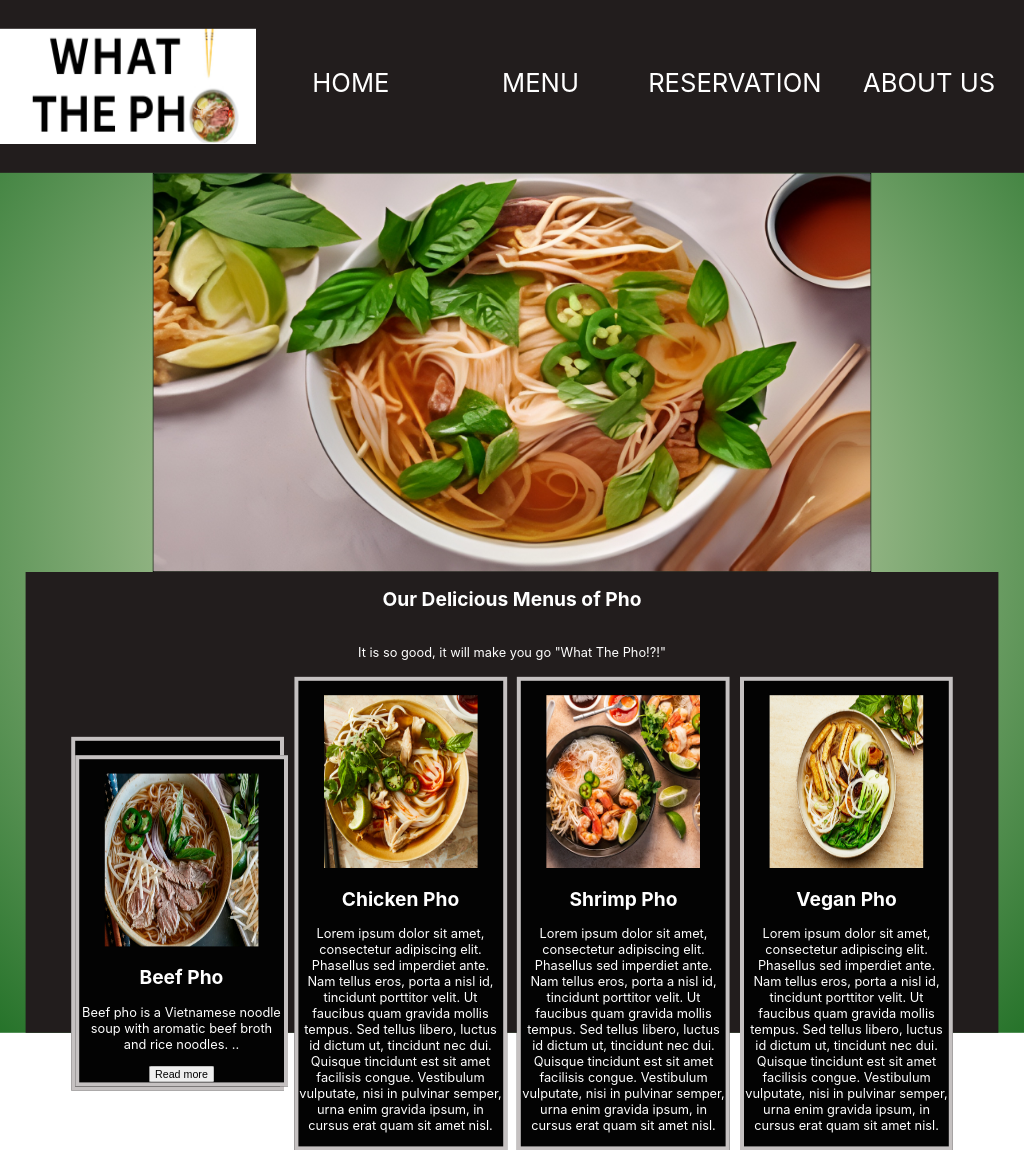
Repository: NguyenkhDang/Restaurant-Website
Page: /
These files come from the project's save history. The page is drawn as it stood at one moment and after the next save; the edit follows.
The browser window is 1280 px wide. The pictures show the whole page, at 80% of full size.
The project was rebuilt for these pictures with package versions that can differ from the ones it lists, and the page was loaded fresh each time.

Above is the page before, as saved 2026-01-16 00:07:15.

### src/App.js
import BackgroundImage from "./image/pho.jpg"
import BeefPho from "./image/beefPho.png"
import ChickenPho from "./image/chickenPho.jpg"
import ShrimpPho from "./image/shrimpPho.png"
import VeganPho from "./image/veganPho.jpg"
import './App.css';
import NavigationBar from './NavigationBar';

import { useState } from "react"

import ReadMore from "./Readmore"
function App() {

  const [showMore, setShowMore] = useState(false)


  return (
    <div className="home">
      <NavigationBar />
      <img
        src={BackgroundImage}
        style={{maxWidth: "70vw", height: "auto", border: "1px solid black"}}
        alt="Pho Photo"
        />


      <div className="menu">
        <h2>Our Delicious Menus of Pho</h2>
        <p>It is so good, it will make you go "What The Pho!?!"</p>
        <div className="foodContainer">
          <div>
            <ReadMore
            image={BeefPho}
            title="Beef Pho"
            description="Beef pho is a Vietnamese noodle soup with aromatic beef broth and rice noodles."
            allergies={[
              "Soy – hoisin sauce, soy sauce",
              "Fish – fish sauce",
              "Gluten – possible in sauces",
              "Shellfish – may be present",
              "Spices – star anise, cinnamon, cloves"
            ]}
          />

          </div>
          <div>
            <img  src={ChickenPho}
                  style={{width: "15vw", height: "30vh"}}/>
            <h2>Chicken Pho</h2>
            <p>Lorem ipsum dolor sit amet, consectetur adipiscing elit. Phasellus sed imperdiet ante. Nam tellus eros, porta a nisl id, tincidunt porttitor velit. Ut faucibus quam gravida mollis tempus. Sed tellus libero, luctus id dictum ut, tincidunt nec dui. Quisque tincidunt est sit amet facilisis congue. Vestibulum vulputate, nisi in pulvinar semper, urna enim gravida ipsum, in cursus erat quam sit amet nisl. </p>
          </div>
          <div>
            <img  src={ShrimpPho}
                  style={{width: "15vw", height: "30vh"}}/>
            <h2>Shrimp Pho</h2>
            <p>Lorem ipsum dolor sit amet, consectetur adipiscing elit. Phasellus sed imperdiet ante. Nam tellus eros, porta a nisl id, tincidunt porttitor velit. Ut faucibus quam gravida mollis tempus. Sed tellus libero, luctus id dictum ut, tincidunt nec dui. Quisque tincidunt est sit amet facilisis congue. Vestibulum vulputate, nisi in pulvinar semper, urna enim gravida ipsum, in cursus erat quam sit amet nisl. </p>
          </div>
          <div>
            <img  src={VeganPho}
                  style={{width: "15vw", height: "30vh"}}/>
            <h2>Vegan Pho</h2>
            <p>Lorem ipsum dolor sit amet, consectetur adipiscing elit. Phasellus sed imperdiet ante. Nam tellus eros, porta a nisl id, tincidunt porttitor velit. Ut faucibus quam gravida mollis tempus. Sed tellus libero, luctus id dictum ut, tincidunt nec dui. Quisque tincidunt est sit amet facilisis congue. Vestibulum vulputate, nisi in pulvinar semper, urna enim gravida ipsum, in cursus erat quam sit amet nisl. </p>
          </div>
        </div>
      </div>
  </div>
);
}

export default App;

### src/App.css
html{
  -ms-overflow-style: none;  /* IE and Edge */
  scrollbar-width: none;
}

.home {
  display: grid;
  margin: 0;
  padding: 0;

  background: radial-gradient(
    circle,
    rgba(245, 240, 213, 1) 0%,
    rgba(38, 115, 42, 1) 100%
  );
  place-items: center;
  text-align: center;
  color: white;
}

.menu {
  display: grid;
  grid-template-rows: repeat(3, 1fr);
  place-items: center;
  gap: 5px;

  width: 95vw;
  height: 80vh;
  margin: 0 2vw;

  background-color: rgb(34, 29, 29);
}

.foodContainer {
  display: grid;
  grid-template-columns: repeat(4, 1fr);
  place-items: center;
  gap: 1vw;
}

.foodContainer div {
  width: 20vw;
  padding-top: 2.5vh;

  background-color: rgb(3, 3, 3);
  border: 5px solid rgb(197, 193, 193);
}

.allergies{
  display: block;
  font-size: 1em;
}
.allergies ul{
  display: grid;
  grid-template-columns: repeat(1, 1fr);
}
.allergies ul li{
  height: auto;
  width: 70%;
}

#label{
  font-weight: bolder;
  font-size: 1.25em;
}
html::-webkit-scrollbar {
  display: none;
}

### src/NavigationBar.js
import "./CSS/NavigationBar.css"
import Logo from "./image/CustomLogo2.png"
const NavigationBar = () =>{



  return (
    <div className="navbar">
      <div className="logoImage">
        <img src= {Logo} />
      </div>
      <div className="wholeNavBar">
        <ul>
          <li>
            <a>HOME</a>
          </li>
          <li>
            <a>MENU</a>
          </li>
          <li>
            <a>RESERVATION</a>
          </li>
          <li>
            <a>ABOUT US</a>
          </li>
        </ul>

      </div>
    </div>
  )


}

export default NavigationBar

### src/Readmore.js
import { useState } from "react";

function ReadMore({ image, title, description, allergies }) {
  const [showMore, setShowMore] = useState(false);

  return (
    <div>
      <img src={image} style={{ width: "15vw", height: "30vh" }} alt={title} />

      <h2>{title}</h2>

      <p>
        {description}
        {!showMore && <span> ..</span>}

        {showMore && (
          <ul>
            {allergies.map((item, index) => (
              <li key={index}>{item}</li>
            ))}
          </ul>
        )}
      </p>

      <button onClick={() => setShowMore(!showMore)}>
        {showMore ? "Read less" : "Read more"}
      </button>
    </div>
  );
}
export default ReadMore;

### src/CSS/NavigationBar.css
.navbar{
  background-color: rgb(34, 29, 29);
  display: grid;
  grid-template-columns: 25% 75%;
  width: 100vw;
  height: 25vh;
  padding-top: 5vh;
}
.wholeMavBar{
  float: right;
  height: 10vh;
}

.logoImage img{
  height: 20vh;
  width: 25vw;
  object-fit: fill;
  object-position: center;
}

ul{
  align-items: center;
  list-style-type: none;
  display: grid;
  place-items: center;
  grid-template-columns: 1fr 1fr 1fr 1fr;
  margin-top: 5%;
  padding: 0;
}
li a{
  font-size: 2em;
  text-align: center;
  padding: 14px 16px;
}

li a:hover{
  background-color: #c5b1b1;
}

Loaded but not shown: public/index.html (common file); src/index.js (common file); src/index.css (common file); src/reportWebVitals.js (common file)

After the next save:
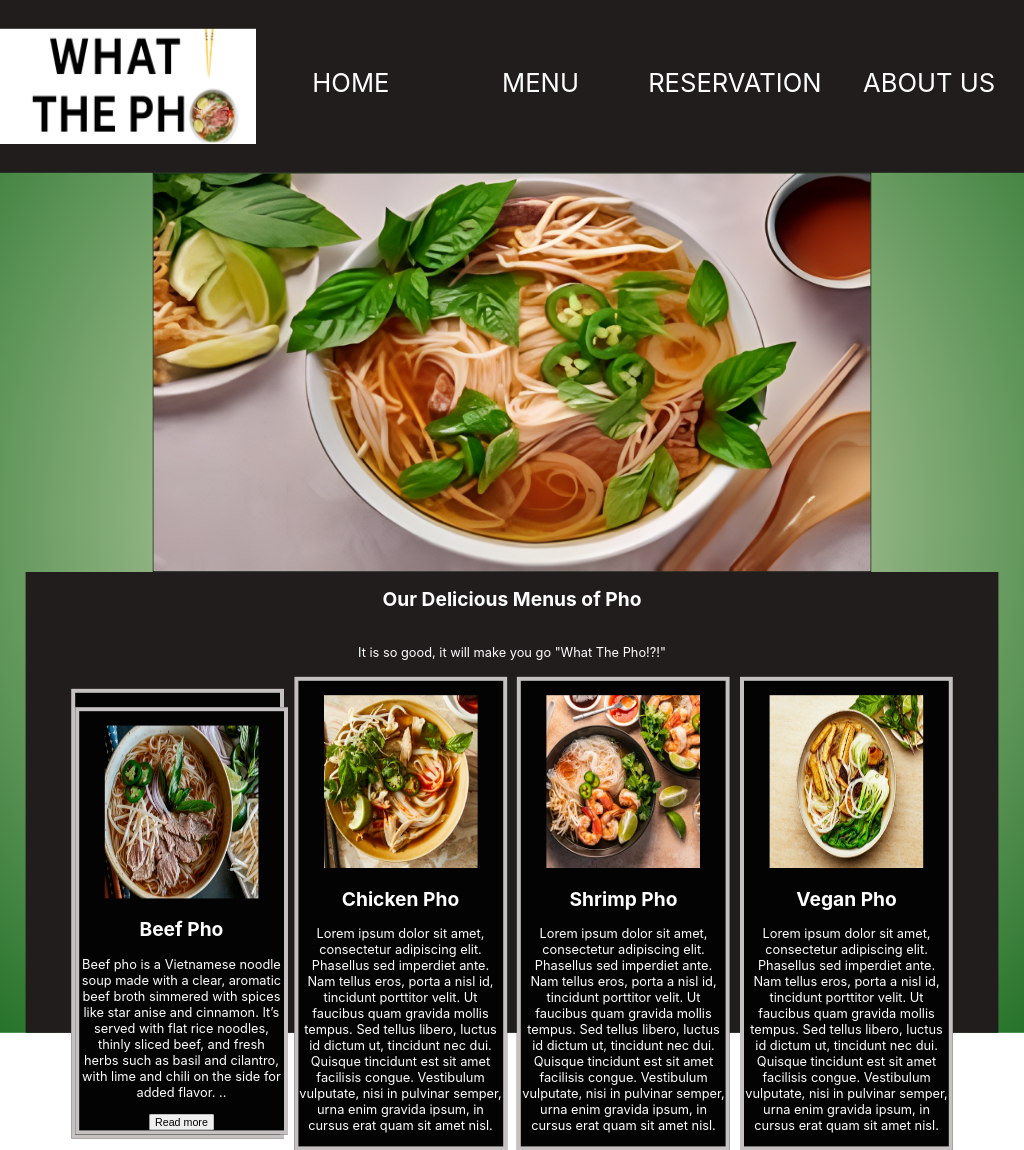
Saved 44 s later.
--- a/src/App.js
+++ b/src/App.js
@@ -32,7 +32,7 @@ function App() {
             <ReadMore
             image={BeefPho}
             title="Beef Pho"
-            description="Beef pho is a Vietnamese noodle soup with aromatic beef broth and rice noodles."
+            description="Beef pho is a Vietnamese noodle soup made with a clear, aromatic beef broth simmered with spices like star anise and cinnamon. It’s served with flat rice noodles, thinly sliced beef, and fresh herbs such as basil and cilantro, with lime and chili on the side for added flavor."
             allergies={[
               "Soy – hoisin sauce, soy sauce",
               "Fish – fish sauce",
